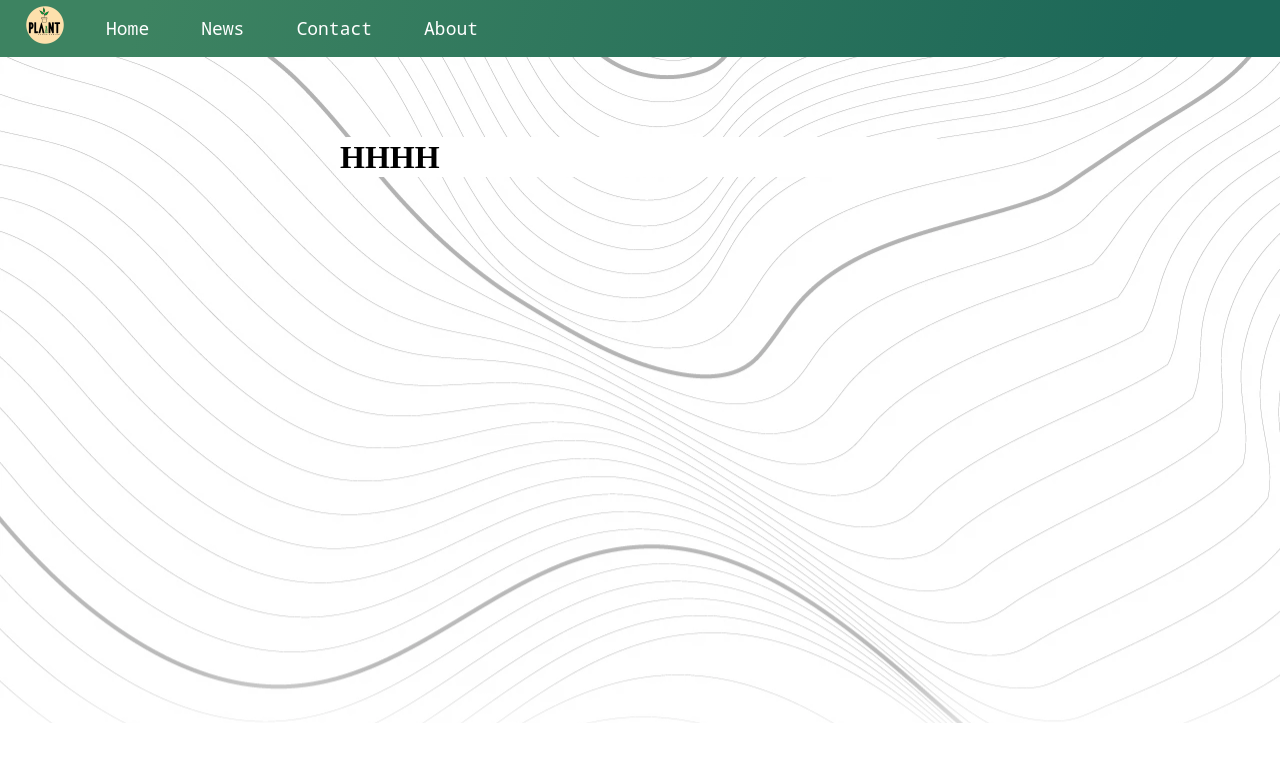
Repository: Flexo874/ISITECH-HTML-CSS
Page: about.html
The author's editor kept a copy of each file at every save. The page is drawn from the files as they stood at one save, then again after a run of saves.
The browser window is 1280 px wide. The pictures show the whole page.

Above is the page before, as saved 2024-01-04 16:53:59.

After the next 2 saves:
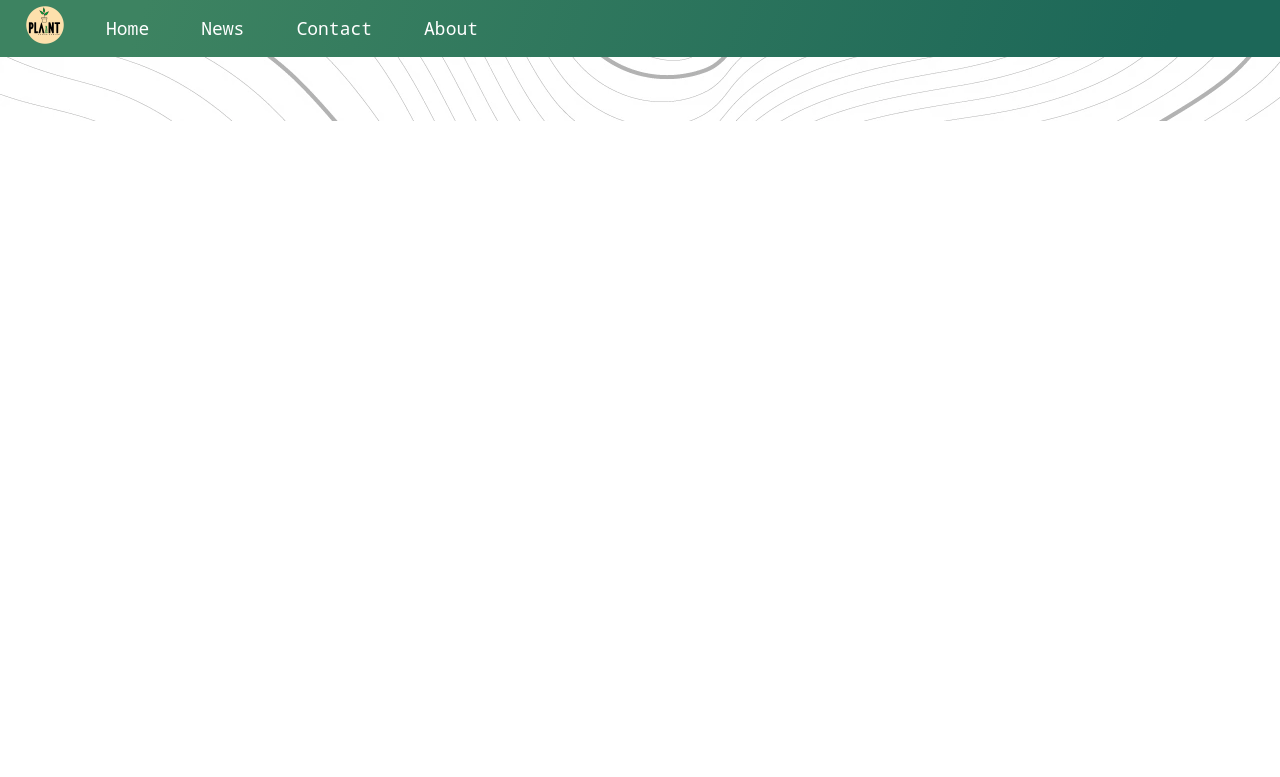
The 2 saves are shown as one change because they came seconds apart.
The last was saved 12 s later.
--- a/about.css
+++ b/about.css
@@ -51,7 +51,7 @@
 
   .plant-img  {
     width: 100%;
-    height: 52vw;
+    height: 5vw;
     object-fit: cover;
     overflow: hidden;
     background-image:url(images/lines.webp);
@@ -75,7 +75,7 @@
     align-items: center;
     width: 600px;
     background-color:white;
-    height: 40px;
+    height: 400px;
     display: flex;
     align-items:center;
     margin-top: 80px;
